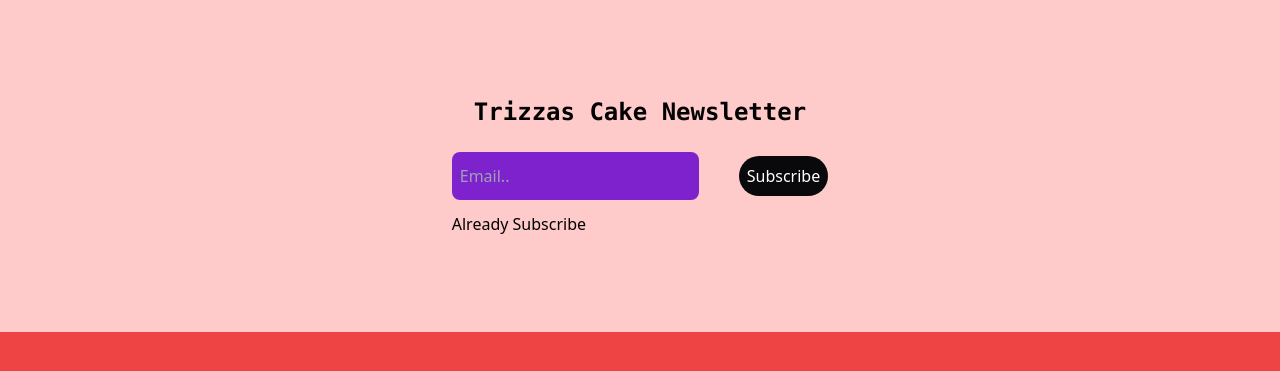
Repository: Semanmernstack/mailchimp-newsletter
Page: /
An editor plug-in stored every save of this project. The page is shown before and after the next save, followed by the edit.
The browser window is 1280 px wide. The pictures show the whole page.
The project was rebuilt for these pictures with package versions that can differ from the ones it lists, and the page was loaded fresh each time. The framework's server and built-in components were replaced by stand-ins that run in the browser. Also part of the build but not shown: next.config.js.

Above is the page before, as saved 2023-05-26 04:27:51.

### app/layout.tsx
import './globals.css'




export const metadata = {
  title: 'Create Next App',
  description: 'Generated by create next app',
}

export default function RootLayout({
  children,
}: {
  children: React.ReactNode
}) {
  return (
    <html lang="en">
      <body className='min-h-screen bg-red-500'> {children}</body>
    </html>
  )
}

### app/page.tsx
import Mailing from "./components/Mailing";


export default function Home() {
  return (
    <main className="flex bg-red-200 min-h-screen-[50vh] flex-col items-center justify-between p-24">
    <h1 className="font-mono font-extrabold text-2xl h-12">
      Trizzas Cake Newsletter
    </h1>
    <Mailing/>
    </main>
  )
}

### app/components/Mailing.tsx
"use client"
import React, { FormEvent, useRef, useState } from 'react'

function Mailing() {
    const [input, setInput] = useState("")
    const [mailError, setMailError] = useState ("")
    const [mailOk, setMailOk] = useState<MembersSuccessResponse>()
    const buttonRef = useRef<HTMLButtonElement>(null)
    const handleSubmit = async (e: FormEvent<HTMLFormElement>) => {
        e.preventDefault()
        const email = input;
        const button = buttonRef.current

        const res = await fetch("/api/mailSub", {
            method: 'POST',
            headers: {
                "Content-Type": "application/json",
            },

            body: JSON.stringify({email}),

        })
        setInput("")
        const data = await res.json()
        if (data.error) {
            setMailError('Hey you already subscribe to trizzas cake')

            return
        }
        setMailOk(data.res)
        setMailError('')
    }
  return (
    <div className=" flex flex-col items-center justify-center h-min-screen">
        <form className="flex sm:flex-col " onSubmit={handleSubmit}>
            <div>
                <input type="email"
                    placeholder='Email..'
                    value={input}

                    onChange={(e) => setInput(e.target.value)}
                    required
                    className="outline-none text-white bg-purple-700 h-12 mb-3 p-2 rounded-lg mr-10 border-none from-fuchsia-400 "

                 />
                 <button className="cursor-pointer mt-3 text-white bg-zinc-950 p-2  rounded-xl md:rounded-3xl " type='submit' ref={buttonRef}  disabled={!input}    >
                    Subscribe
                 </button>
            </div>
            <div>

               {mailOk  ? (<p>Subscribed</p>):(<p>Already Subscribe</p>) }
            </div>

        </form>



    </div>
  )
}

export default Mailing

Loaded but not shown: app/globals.css (common file); tailwind.config.js (common file)

After the next save:
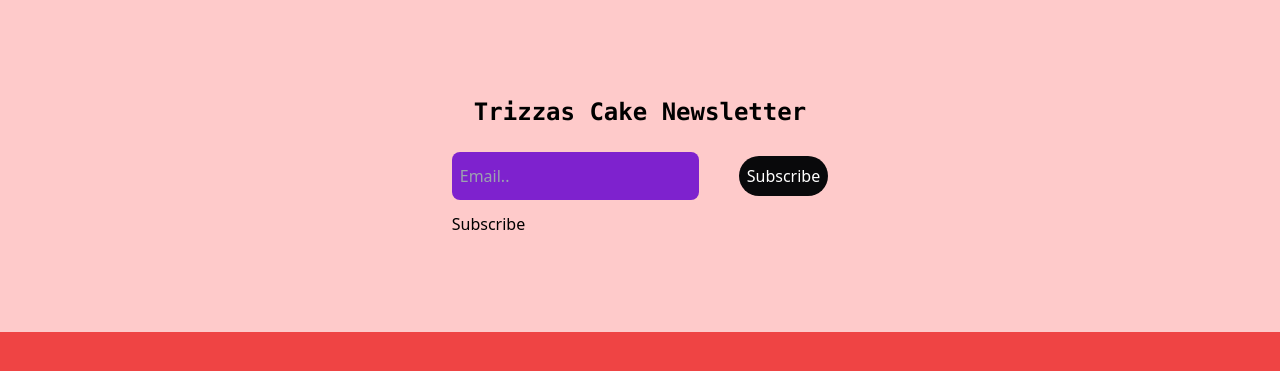
Saved 2 min 16 s later.
--- a/app/components/Mailing.tsx
+++ b/app/components/Mailing.tsx
@@ -49,7 +49,7 @@
             </div>
             <div>
 
-               {mailOk  ? (<p>Subscribed</p>):(<p>Already Subscribe</p>) }
+               {mailOk  ? (<p>You have already subscribe</p>):(<p>Subscribe</p>) }
             </div>
 
         </form>
